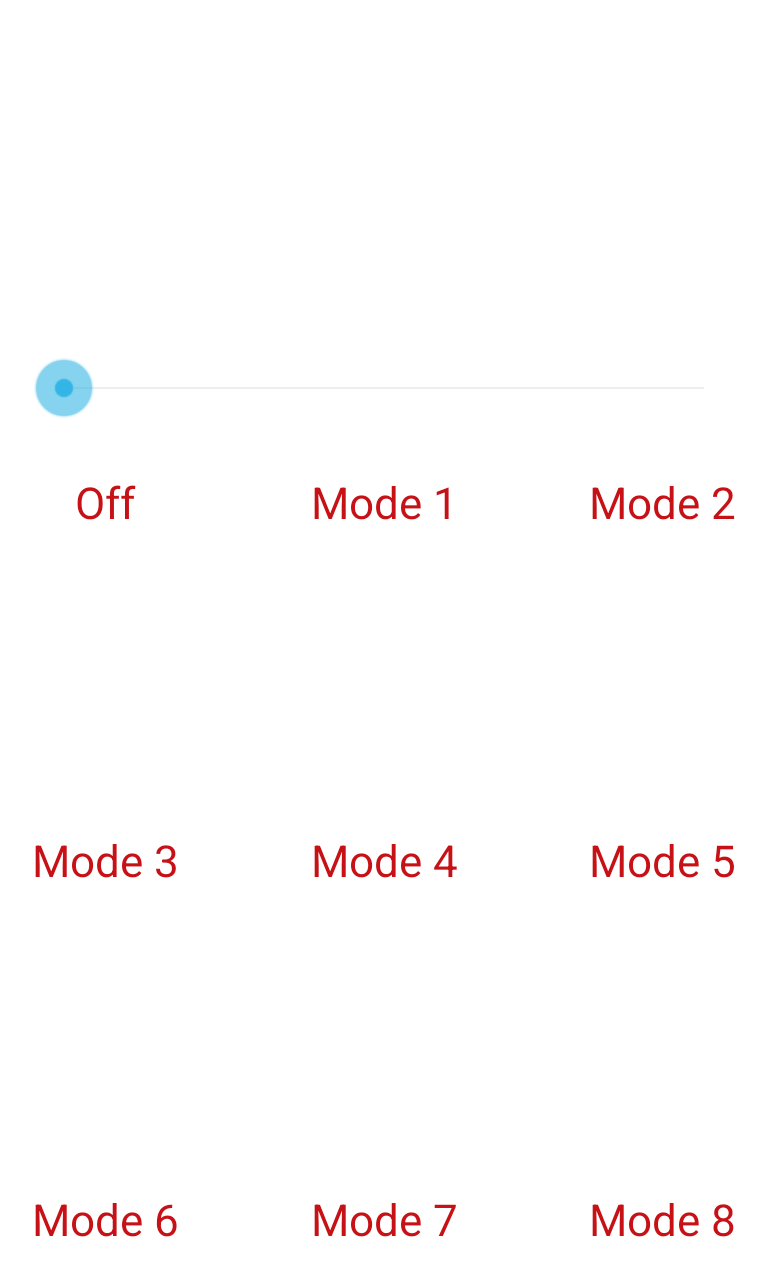
Repository: DigitasLabsParis/UnicornHorn
Layout: AndroidApp/UnicHorn/res/layout/activity_main.xml
The author's editor kept a copy of each file at every save. The layout is drawn from the files as they stood at one save, then again after the next save.
It is drawn on a 768 x 1280 px phone screen (xhdpi) without system bars, with theme AppTheme; the app's code is not run.

Above is the layout before, as saved 2015-01-06 15:27:25.

After the next save:
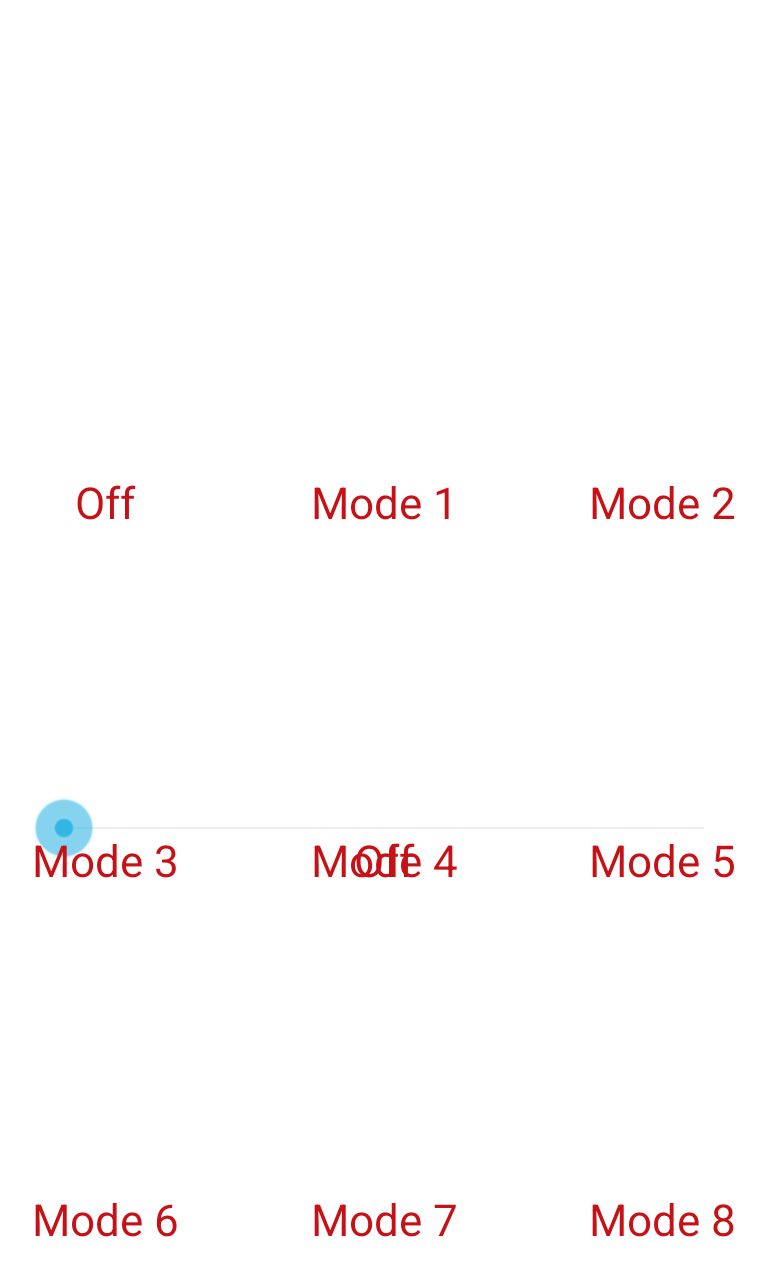
Saved 33 s later.
--- a/AndroidApp/UnicHorn/res/layout/activity_main.xml
+++ b/AndroidApp/UnicHorn/res/layout/activity_main.xml
@@ -15,6 +15,26 @@
         android:layout_marginTop="220dp"
         android:columnCount="2"
     	android:rowCount="1" >
+
+        <SeekBar
+	        android:id="@+id/seekBar1"
+	        android:layout_width="match_parent"
+	        android:layout_height="wrap_content"
+	        android:layout_alignParentLeft="true"
+	        android:layout_alignParentTop="true"
+	        android:layout_column="1"
+            android:layout_row="0"
+	        android:layout_marginTop="162dp" />
+
+         <TextView
+            android:id="@+id/textView1"
+            android:layout_column="1"
+            android:layout_row="0"
+            android:gravity="center"
+            android:layout_gravity="fill"
+            android:text="Off"
+            android:textColor="#C61117"
+            android:textAppearance="?android:attr/textAppearanceLarge" />
 
     </GridLayout>
 
@@ -118,12 +138,6 @@
 
     </GridLayout>
 
-    <SeekBar
-        android:id="@+id/seekBar1"
-        android:layout_width="match_parent"
-        android:layout_height="wrap_content"
-        android:layout_alignParentLeft="true"
-        android:layout_alignParentTop="true"
-        android:layout_marginTop="162dp" />
+
 
 </RelativeLayout>
